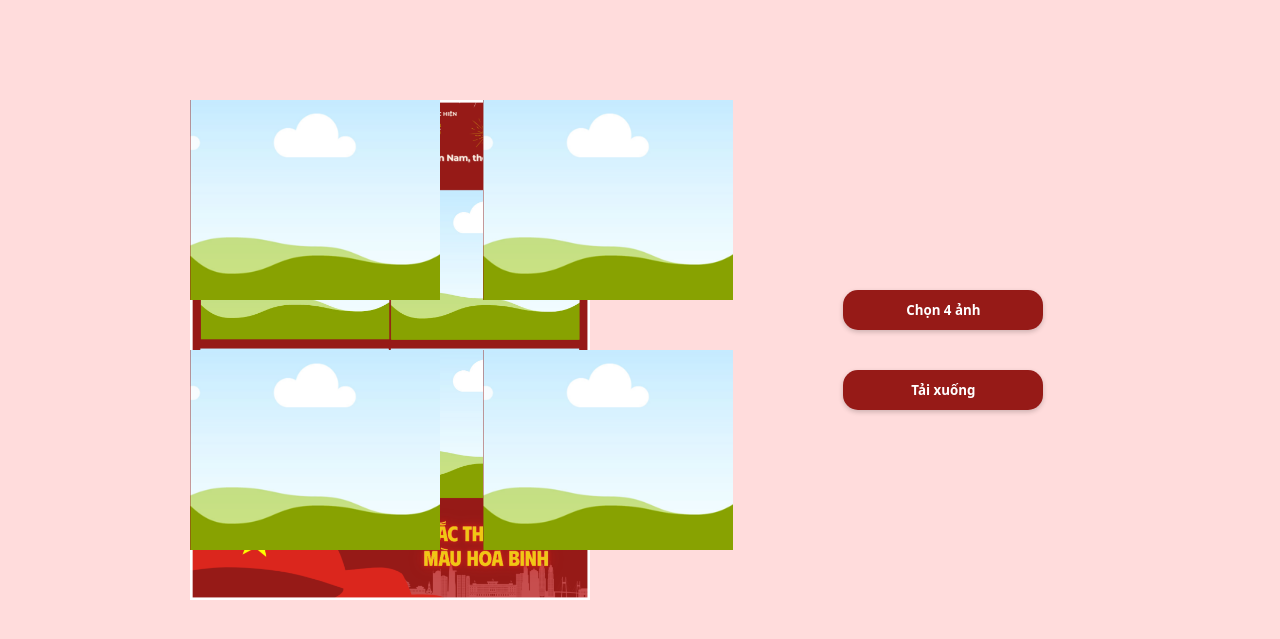
Repository: nguyentambinh/tuoitretdmu
Page: http://localhost/
An editor plug-in stored every save of this project. The page is shown before and after the next save, followed by the edit.
The browser window is 1280 px wide. The pictures show the whole page.
The page is run by PHP 8.4 with error messages shown; the project is at /var/www/html/.

Above is the page before, as saved 2025-04-10 14:00:36.
Console error: TypeError: Cannot read properties of null (reading 'addEventListener')

### index.php
<!DOCTYPE html>
<html lang="en">
<head>
    <meta charset="UTF-8">
    <meta name="viewport" content="width=device-width, initial-scale=1.0">
    <link rel="stylesheet" href="main.css">
    <script src="main.js"></script>
    <title></title>
</head>
<body>
    <div class = "container-box">
        <div class="background-box grid grid-cols-2 gap-2 mt-4">
            <img src="/picture/1.png" alt="" class="img-sub w-full h-[150px] object-cover rounded">
            <img src="/picture/2.png" alt="" class="img-sub w-full h-[150px] object-cover rounded">
            <img src="/picture/3.png" alt="" class="img-sub w-full h-[150px] object-cover rounded">
            <img src="/picture/4.png" alt="" class="img-sub w-full h-[150px] object-cover rounded">
        </div>
        <div class="control-box">
            <button id="btn-add-picture" class=" btn-custom">
                Chọn 4 ảnh
            </button>
            <button class="btn-custom btn-dowload-picture">Tải xuống</button>
        </div>
    </div>
</body>



</html>

### main.css
body {
    background-color: #ffdcdc;
    margin: 0;
    padding: 0;
    display: flex;
    justify-content: center;
    margin-top: 100px;
}

.container-box {
    display: grid;
    grid-template-columns: 1fr 0.5fr;
    gap: 20px;
    width: 900px;
    max-width: 100%;
}



.background-box {
    display: grid;
    grid-template-columns: 1fr 1fr;
    gri
    background-position: center;
    background-image: url('./picture/FRAMEPHOTOBOOTH304.png');
    background-size: contain;
    background-repeat: no-repeat;
    width: 100%;
    height: 500px;
}

.control-box {
    display: flex;
    flex-direction: column;
    align-items: center;
    justify-content: center;
}

.btn-custom {
    background-color: #961A17;
    border-radius: 15px;
    font-weight: bold;
    font-family: system-ui;
    width: 200px;
    height: 40px;
    color: white;
    margin: 20px 0;
    border: none;
    box-shadow: 0 2px 5px rgba(0,0,0,0.2);
    cursor: pointer;
}
@media screen and (max-width: 720px) {
    .container-box {
        grid-template-columns: 1fr;
        grid-template-rows: auto auto;
        width: 100%;
        padding: 0 10px;
        margin: 5px 0;
    }

    .control-box {
        align-items: center;
    }
    .btn-custom{
        width: 300px;
    }
}
.img-sub{
    width: 250px;
    height: 200px;
    background-size: contain;
}

### main.js

  document.getElementById("btn-add-picture").addEventListener("click", function () {
    const input = document.createElement("input");
    input.type = "file";
    input.accept = "image/*";
    input.multiple = true;
    input.style.display = "none";

    input.addEventListener("change", function (e) {
      const files = e.target.files;
      const imgElements = document.querySelectorAll(".background-box .img-sub");

      for (let i = 0; i < imgElements.length; i++) {
        if (files[i]) {
          const reader = new FileReader();
          reader.onload = function (event) {
            imgElements[i].src = event.target.result;
          };
          reader.readAsDataURL(files[i]);
        } else {
          imgElements[i].src = "";
        }
      }
    });

    document.body.appendChild(input);
    input.click();
    input.remove();
  });

After the next save:
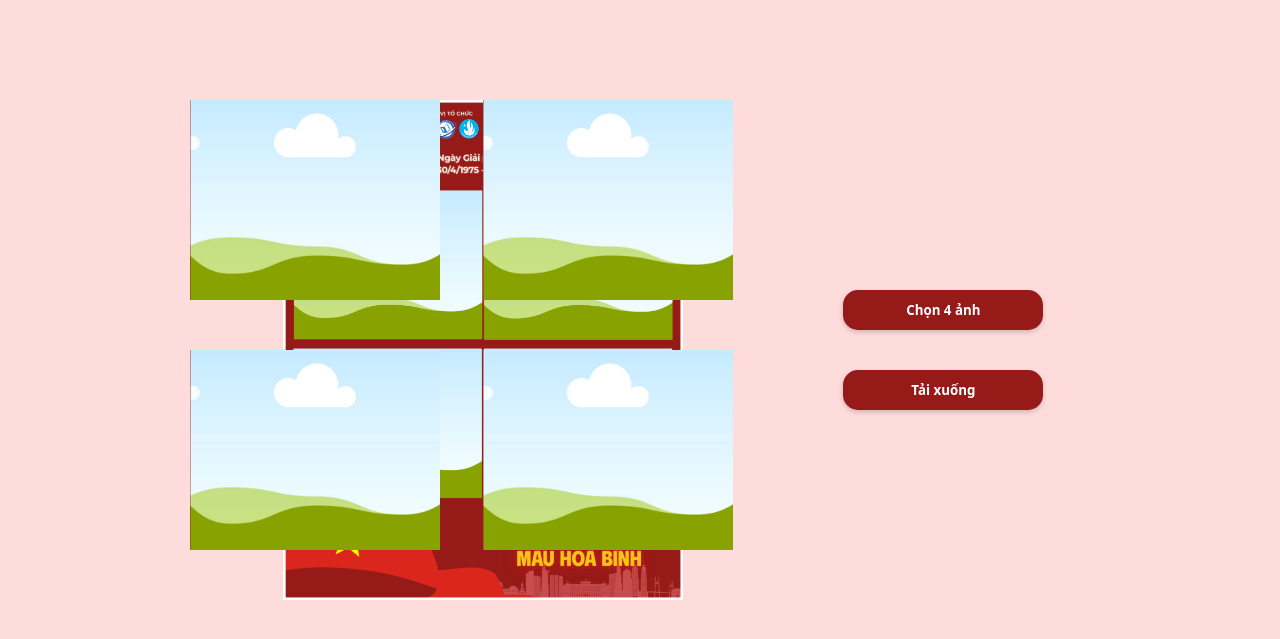
Saved 4 s later.
--- a/main.css
+++ b/main.css
@@ -20,7 +20,7 @@ body {
 .background-box {
     display: grid;
     grid-template-columns: 1fr 1fr;
-    gri
+    grid-template-rows: 1fr 1fr;
     background-position: center;
     background-image: url('./picture/FRAMEPHOTOBOOTH304.png');
     background-size: contain;
